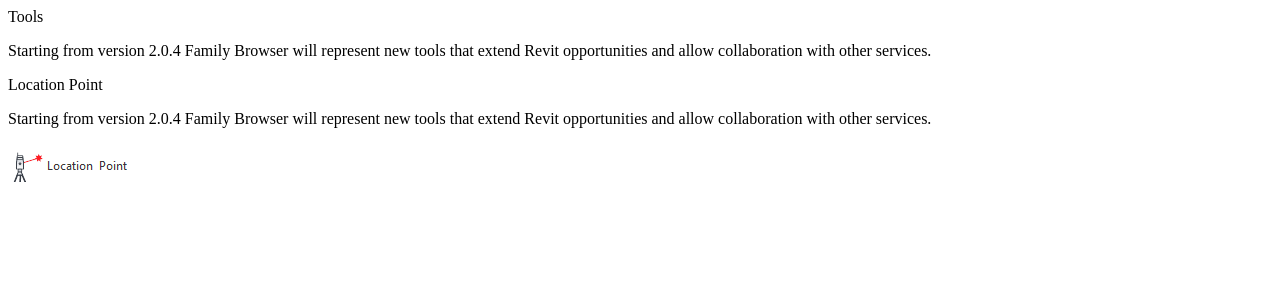
Repository: RomanLavrov/FamilyBrowserUserGuide
Page: http://localhost/FamilyBrowser/application/views/en/tools_view.php
These files come from the project's save history. The page is drawn as it stood at one moment and after the next save; the edit follows.
The browser window is 1280 px wide. The pictures show the whole page.
The page is run by PHP 8.4 with error messages shown; the project is at /var/www/html/.

Above is the page before, as saved 2019-10-24 11:45:58.

After the next save:
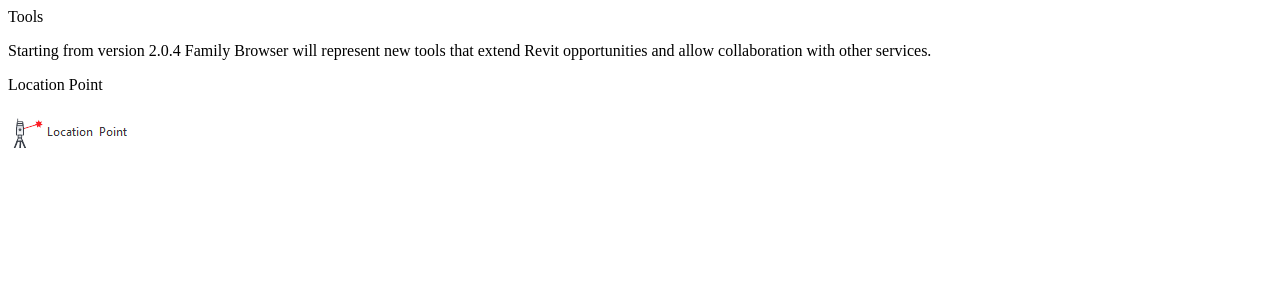
Saved 7 s later.
--- a/FamilyBrowser/application/views/en/tools_view.php
+++ b/FamilyBrowser/application/views/en/tools_view.php
@@ -8,8 +8,7 @@
 <div class="article-header">Location Point</div>
 <div class="article-content">
       <p>
-            Starting from version 2.0.4 Family Browser will represent new tools that extend Revit opportunities and
-            allow collaboration with other services. </p>
+           </p>
 </div>
 <div>
 <img src="/FamilyBrowser/images/LocationPointButton_en.png" alt="">
